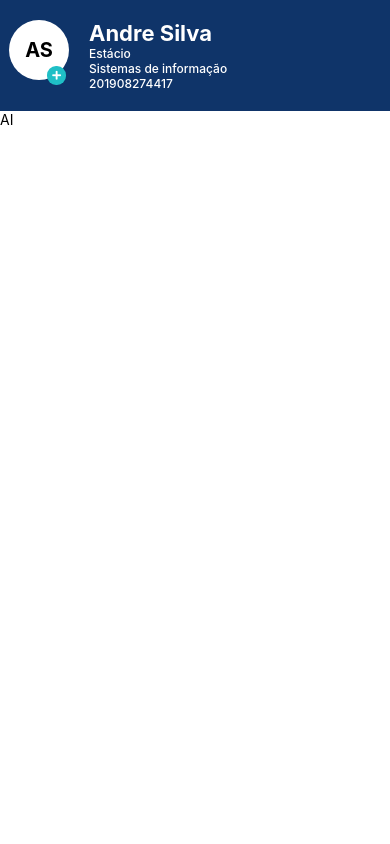
Repository: andre06x/native-estacio
Screen: /
The author's editor kept a copy of each file at every save. The screen is drawn from the files as they stood at one save, then again after the next save.
The app was drawn by React Native's web renderer in a window 390 px wide. The project was rebuilt for these pictures with package versions that can differ from the ones it lists, and the page was loaded fresh each time. Also part of the build but not shown: src/Pages/Login/index.tsx.

Above is the screen before, as saved 2022-03-24 14:04:11.

After the next save:
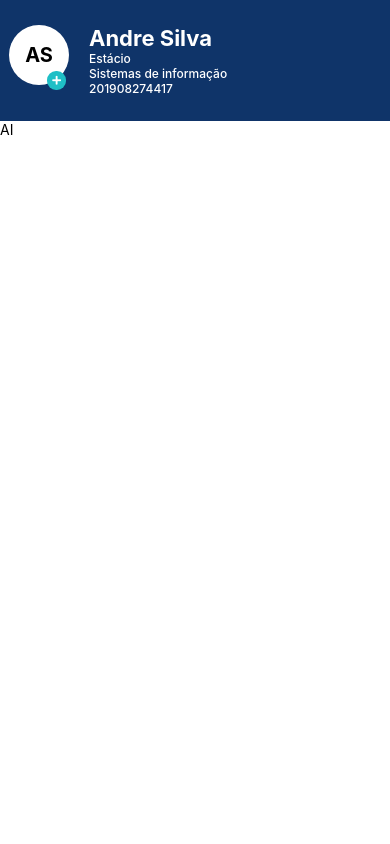
Saved 21 s later.
--- a/src/Pages/Home/index.tsx
+++ b/src/Pages/Home/index.tsx
@@ -45,7 +45,7 @@
   profile: {
     backgroundColor: "#0F3469",
     flexDirection: "row",
-    paddingVertical: 20,
+    paddingVertical: 25,
     paddingHorizontal: 9
   },
   profile_text_image: {
